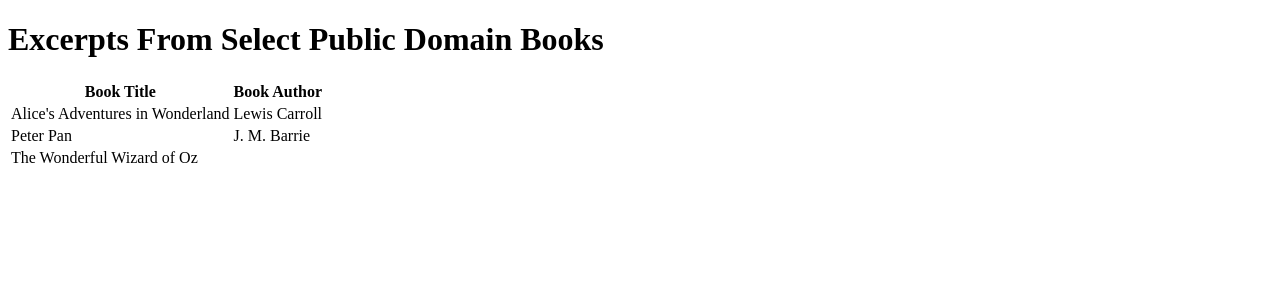
Repository: rishondass/ITMD361-Lab3
Page: index.html
An editor plug-in stored every save of this project. The page is shown before and after the next save, followed by the edit.
The browser window is 1280 px wide. The pictures show the whole page.

Above is the page before, as saved 2023-01-13 14:29:36.

### index.html
<!DOCTYPE html>
<html lang="en">
<head>
    <meta charset="UTF-8">
    <meta http-equiv="X-UA-Compatible" content="IE=edge">
    <meta name="viewport" content="width=device-width, initial-scale=1.0">
    <title>Excerpts From Select Public Domain Books</title>
</head>
<body>
    <h1>Excerpts From Select Public Domain Books</h1>
    <table>
        <thead>
            <tr>
                <th>
                    <strong>Book Title</strong>
                </th>
                <th>
                    <strong>Book Author</strong>
                </th>
            </tr>
        </thead>
        <tbody>
            <tr>
                <td>Alice's Adventures in Wonderland</td>
                <td>Lewis Carroll</td>
            </tr>
            <tr>
                <td>Peter Pan</td>
                <td>J. M. Barrie</td>
            </tr>
            <tr>
                <td>The Wonderful Wizard of Oz</td>
            </tr>
        </tbody>
    </table>
</body>
</html>

After the next save:
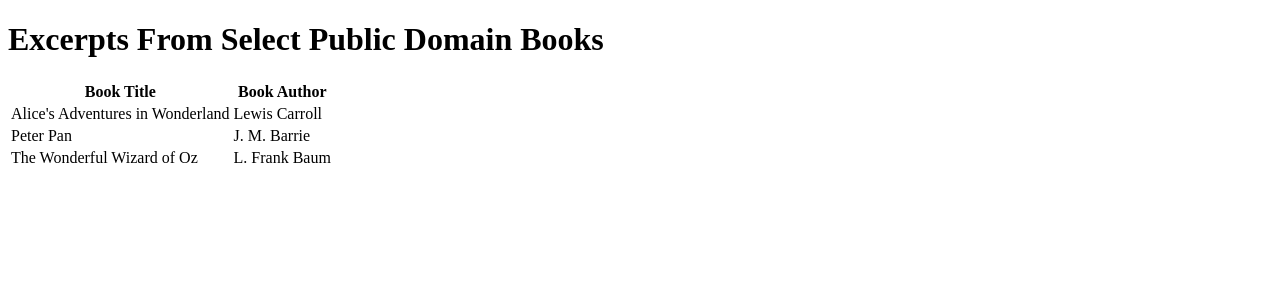
Saved 5 s later.
--- a/index.html
+++ b/index.html
@@ -30,6 +30,7 @@
             </tr>
             <tr>
                 <td>The Wonderful Wizard of Oz</td>
+                <td>L. Frank Baum</td>
             </tr>
         </tbody>
     </table>
